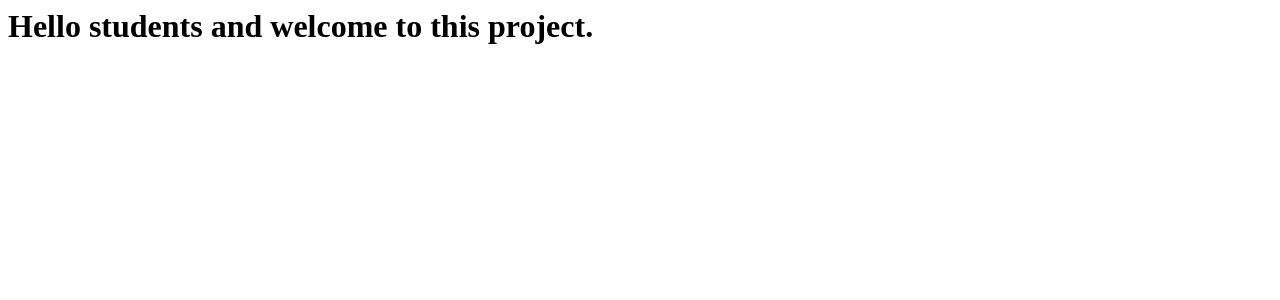
Repository: hec19gar/My-Web
Page: web.html
The author's editor kept a copy of each file at every save. The page is drawn from the files as they stood at one save, then again after the next save.
The browser window is 1280 px wide. The pictures show the whole page.

Above is the page before, as saved 2023-08-27 00:48:27.

After the next save:
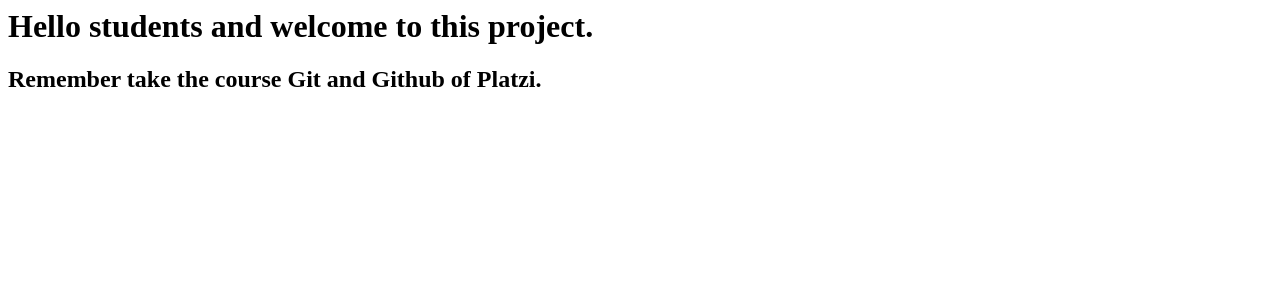
Saved 3 days later.
--- a/web.html
+++ b/web.html
@@ -8,6 +8,9 @@
             <h1>
                 Hello students and welcome to this project.
             </h1>
+            <h2>
+                Remember take the course Git and Github of Platzi.
+            </h2>
         </div>
     </body>
 </html>
